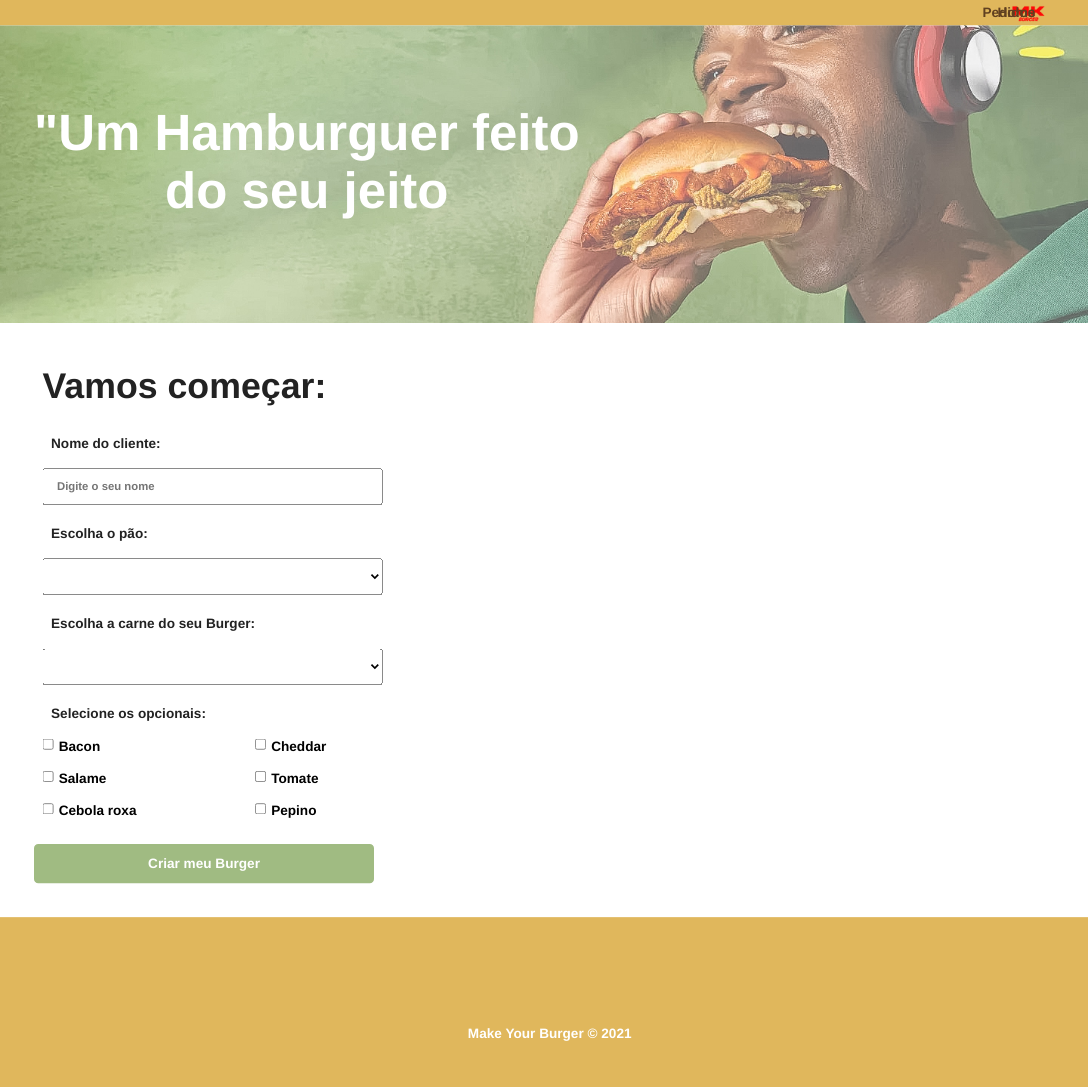
Repository: MarcoantonioCaldeira/Sistema-para-Hamburgueria
Page: /
An editor plug-in stored every save of this project. The page is shown before and after the next save, followed by the edit.
The browser window is 1280 px wide. The pictures show the whole page, at 85% of full size.
The project was rebuilt for these pictures with package versions that can differ from the ones it lists, and the page was loaded fresh each time. Requests to the local data server were answered from the project's data file. Also part of the build but not shown: vue.config.js.

Above is the page before, as saved 2022-11-02 18:09:16.

After the next save:
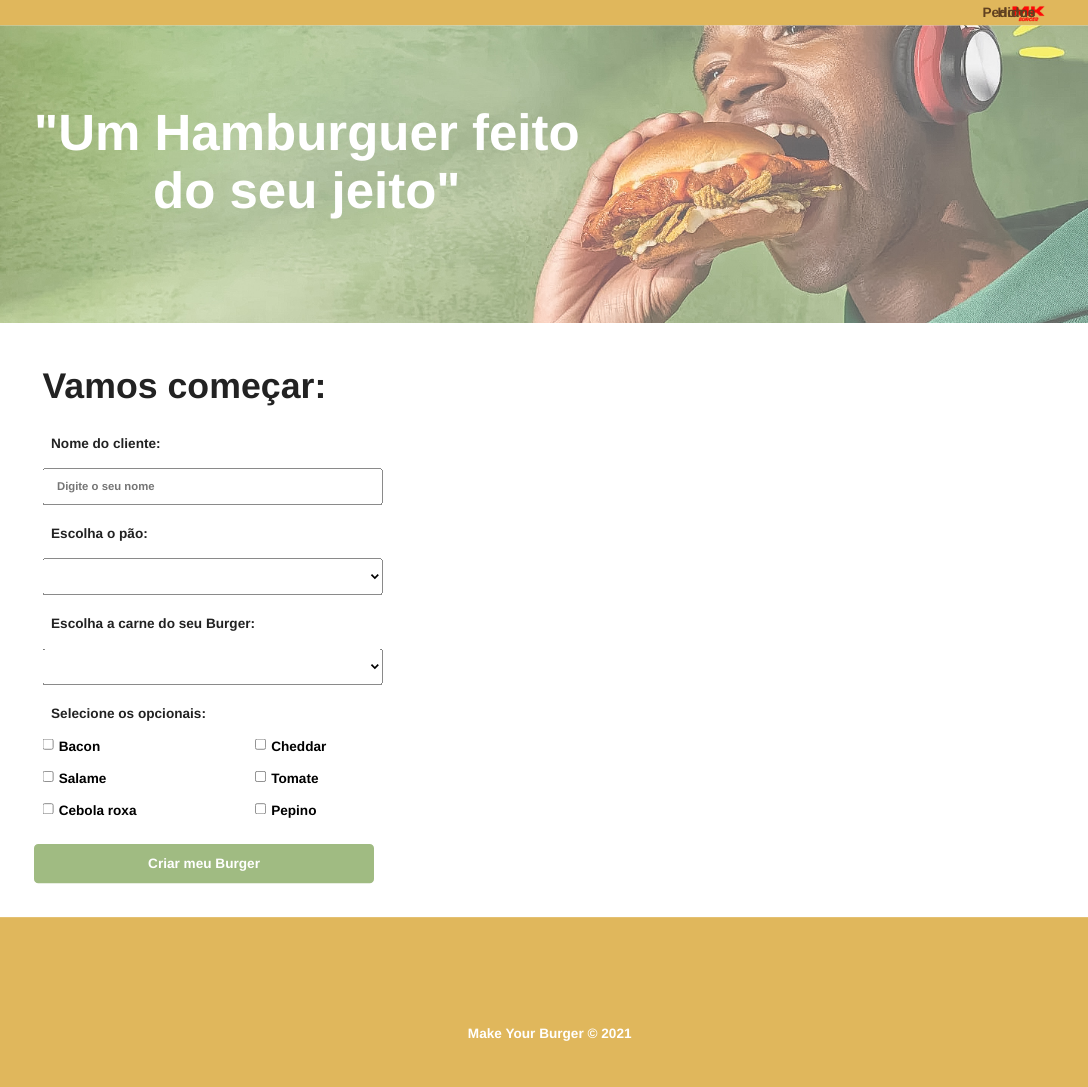
Saved 12 s later.
--- a/src/components/Banner.vue
+++ b/src/components/Banner.vue
@@ -1,6 +1,6 @@
 <template>
    <div id="main-banner">
-    <h1>"Um Hamburguer feito <br> do seu jeito</h1>
+    <h1>"Um Hamburguer feito <br> do seu jeito"</h1>
    </div>
 </template>
 <script>
